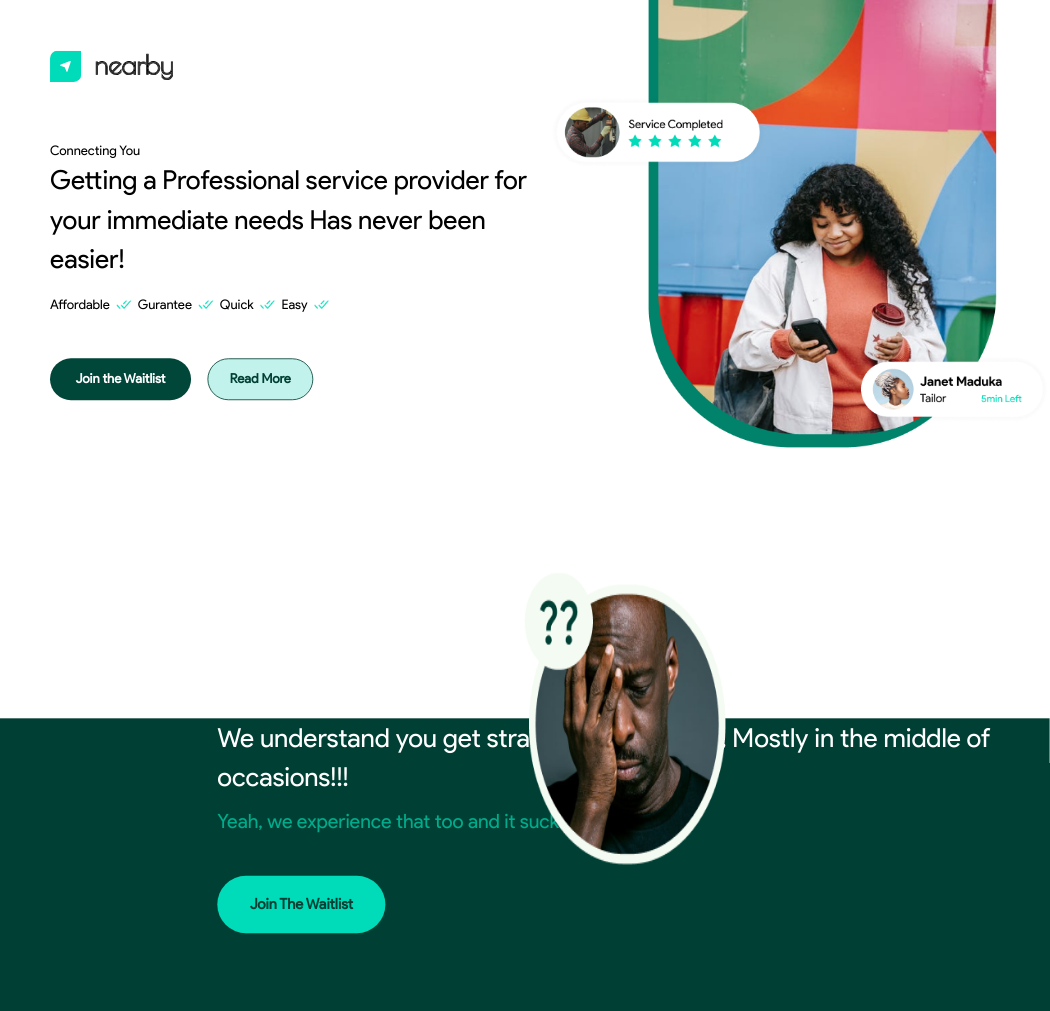
Repository: Eugene44-hub/Mearby
Page: /
These files come from the project's save history. The page is drawn as it stood at one moment and after the next save; the edit follows.
The browser window is 1280 px wide. The pictures show the whole page, at 82% of full size.
The project was rebuilt for these pictures with package versions that can differ from the ones it lists, and the page was loaded fresh each time.

Above is the page before, as saved 2022-04-30 07:09:31.

After the next save:
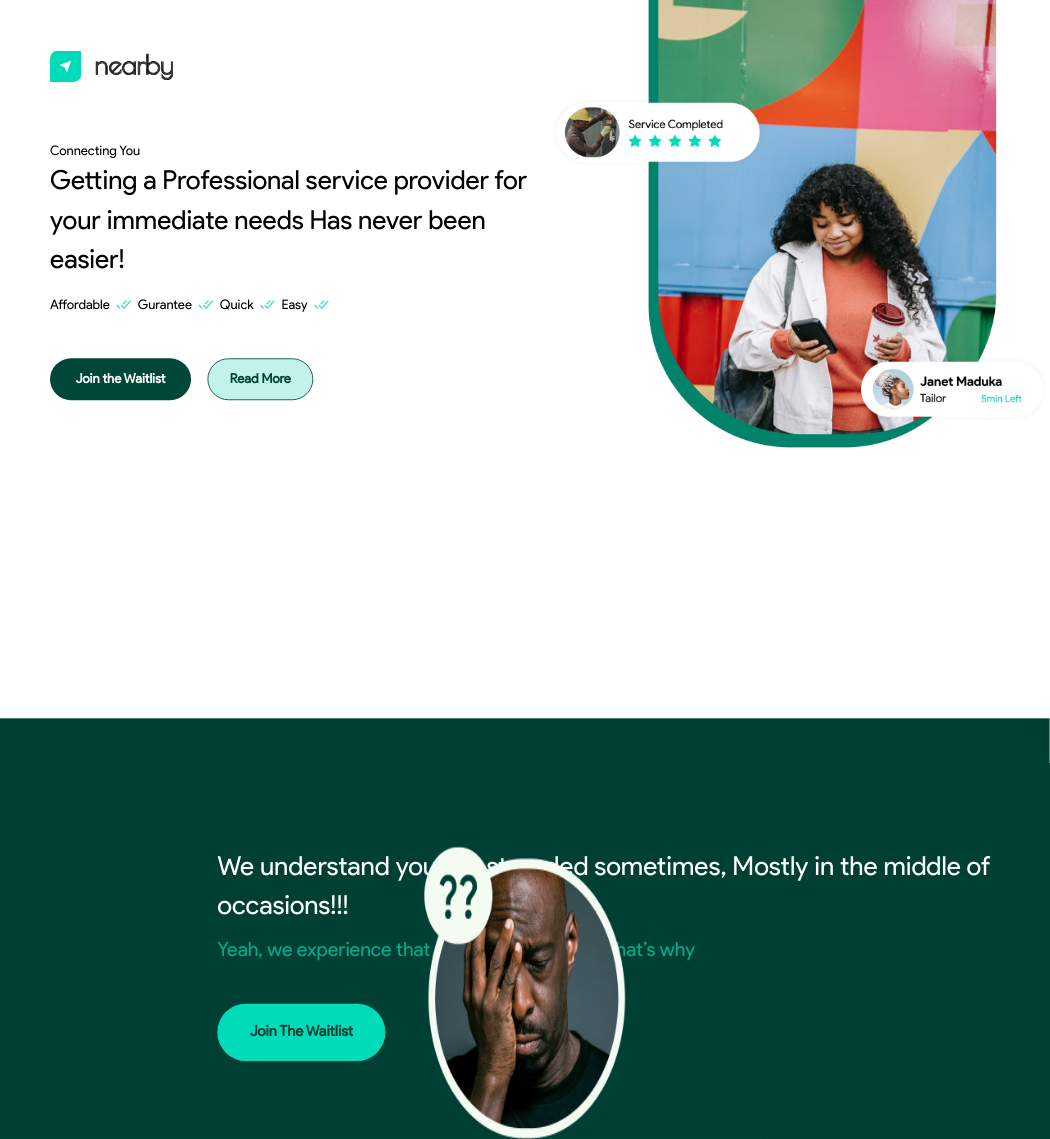
Saved 71 s later.
--- a/src/components/understand/Understand.tsx
+++ b/src/components/understand/Understand.tsx
@@ -3,9 +3,9 @@ import understand from "../../assets/images/understand.png"
 import WaitLight from "../../components/Buttons/WaitLight"
 const Understand = () => {
   return (
-    <div className='bg-[#004034] px-5 md:flex relative mt-[20rem]'>
+    <div className='bg-[#004034] px-5 pt-[9.75rem] md:flex relative mt-[20rem]'>
 
-  <img src={understand} className="md:relative  translate-y-[-50%] left-[50%] " alt="understand" />
+  <img src={understand} className="md:relative  absolute translate-x-[-50%] left-[50%] top-[-20%]" alt="understand" />
 
 <div>
 <div>
